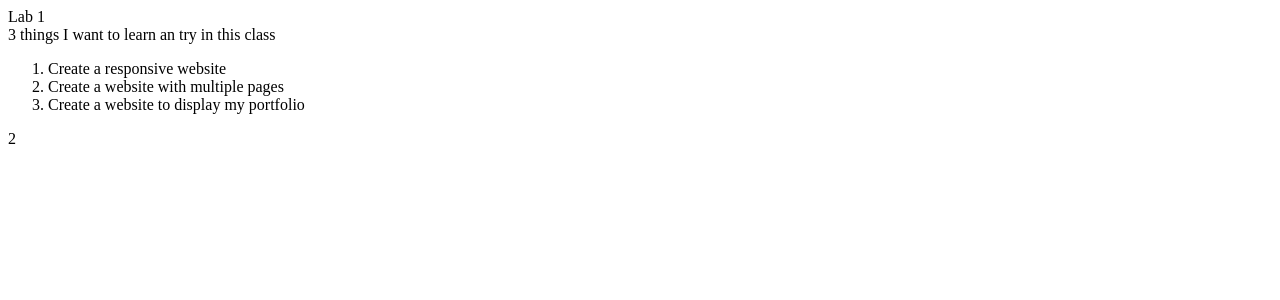
Repository: Angehyy/MDIA-2109
Page: index.html
The author's editor kept a copy of each file at every save. The page is drawn from the files as they stood at one save, then again after a run of saves.
The browser window is 1280 px wide. The pictures show the whole page.

Above is the page before, as saved 2025-01-29 18:38:24.

After the next 2 saves:
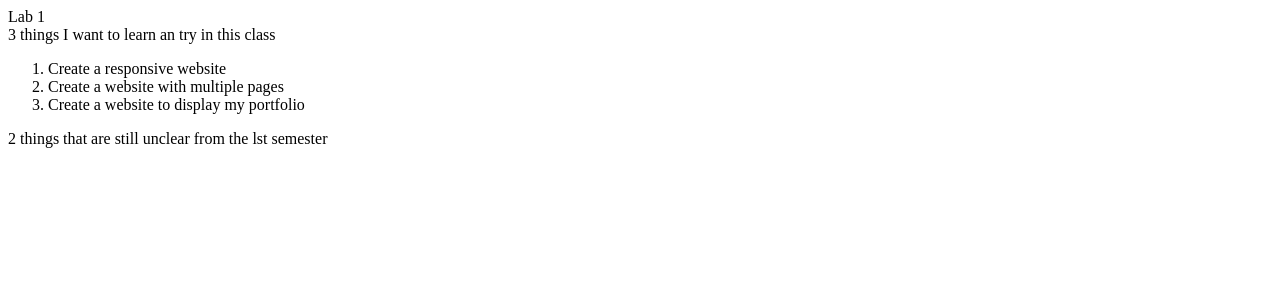
The 2 saves are shown as one change because they came seconds apart.
The last was saved 13 s later.
--- a/index.html
+++ b/index.html
@@ -27,7 +27,7 @@
 
     <div class="container">
         <div class="header">
-            <div class="title"><span class="number">2</span></div>
+            <div class="title"><span class="number">2</span> things that are still unclear from the lst semester</div>
         </div>
     </div>
 
